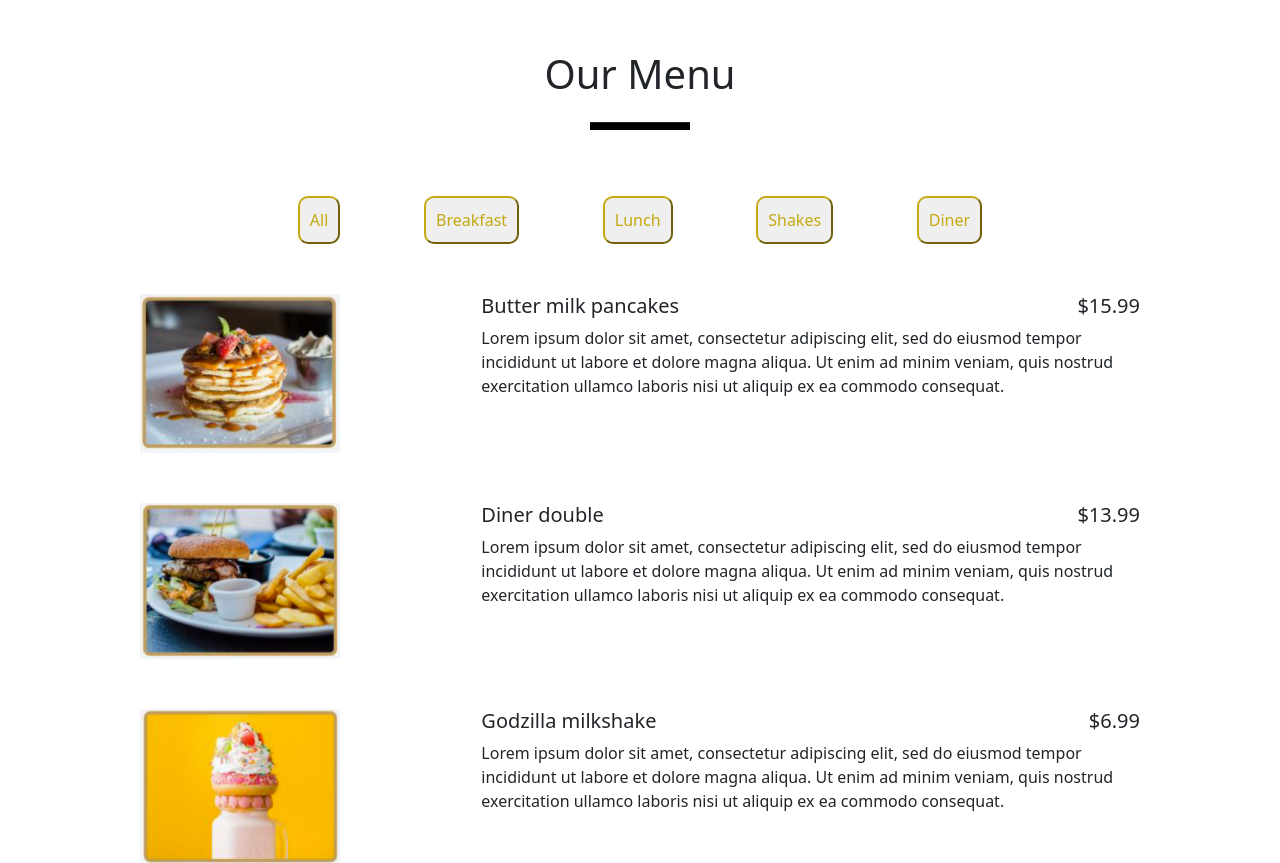
Repository: Sarah7223/internet-programming-tp
Page: TP4/TP04.2.html
These files come from the project's save history. The page is drawn as it stood at one moment and after the next save; the edit follows.
The browser window is 1280 px wide. The pictures show the whole page.

Above is the page before, as saved 2023-01-31 22:55:55.

### TP4/TP04.2.html
<!doctype html>
<html lang="en">
  <head>
    <meta charset="utf-8">
    <meta name="viewport" content="width=device-width, initial-scale=1">
    <title>Bootstrap demo</title>
    <link href="https://cdn.jsdelivr.net/npm/bootstrap@5.3.0-alpha1/dist/css/bootstrap.min.css" rel="stylesheet" integrity="sha384-GLhlTQ8iRABdZLl6O3oVMWSktQOp6b7In1Zl3/Jr59b6EGGoI1aFkw7cmDA6j6gD" crossorigin="anonymous">
    <style>
        .background{
            height:100%;
            width:100%;
            display: flex;
            flex-direction: column;
            align-items: center;
        }
        h1{
            margin-top:50px;

        }
        .buttons{
            margin-top:50px;
            display:flex;
            width:60%;
            justify-content: space-around;
        }
        img{
            width: 200px;
        }
        .title-price{
            display: flex;
            justify-content: space-between;
        }
        .row{
            margin-top:50px;
            width:80%;
        }
        h3{
            font-size: 20px;
        }
        button{
            color: rgb(196, 169, 16);
            border-color: rgb(196, 169, 16);
            border-radius: 10px;
            padding:10px;
            cursor: pointer;

        }
        hr{
            opacity:1;
            size:10px;
            background-color: black;
        }


    </style>
    </head>
  <body>
    <div class="background">
        <h1> Our Menu </h1>
        <hr align="center" width="100" size="10" background-color="rgb(196, 169, 16)">
        <div class="buttons">
            <button >All</button>
            <button>Breakfast</button>
            <button>Lunch</button>
            <button>Shakes</button>
            <button>Diner</button>
        </div>
        <div class="row">
            <div class="col-sm-4">
                <img src="./pancakes.png">
            </div>
            <div class="col-sm-8">
                <div class="title-price">
                    <h3>Butter milk pancakes</h3>
                    <h3>$15.99</h3>
                </div>
                <p>Lorem ipsum dolor sit amet, consectetur adipiscing elit, sed do eiusmod tempor incididunt ut labore et dolore magna aliqua. Ut enim ad minim veniam, quis nostrud exercitation ullamco laboris nisi ut aliquip ex ea commodo consequat. </p>

            </div>
        </div>
        <div class="row">
            <div class="col-sm-4">
                <img src="./diner.png">
            </div>
            <div class="col-sm-8">
                <div class="title-price">
                    <h3>Diner double</h3>
                    <h3>$13.99</h3>
                </div>
                <p>Lorem ipsum dolor sit amet, consectetur adipiscing elit, sed do eiusmod tempor incididunt ut labore et dolore magna aliqua. Ut enim ad minim veniam, quis nostrud exercitation ullamco laboris nisi ut aliquip ex ea commodo consequat. </p>

            </div>
        </div>
        <div class="row">
            <div class="col-sm-4">
                <img src="./milkshake.png">
            </div>
            <div class="col-sm-8">
                <div class="title-price">
                    <h3>Godzilla milkshake</h3>
                    <h3>$6.99</h3>
                </div>
                <p>Lorem ipsum dolor sit amet, consectetur adipiscing elit, sed do eiusmod tempor incididunt ut labore et dolore magna aliqua. Ut enim ad minim veniam, quis nostrud exercitation ullamco laboris nisi ut aliquip ex ea commodo consequat. </p>

            </div>
        </div>

    </div>
    <script src="https://cdn.jsdelivr.net/npm/bootstrap@5.3.0-alpha1/dist/js/bootstrap.bundle.min.js" integrity="sha384-w76AqPfDkMBDXo30jS1Sgez6pr3x5MlQ1ZAGC+nuZB+EYdgRZgiwxhTBTkF7CXvN" crossorigin="anonymous"></script>
  </body>
</html>

After the next save:
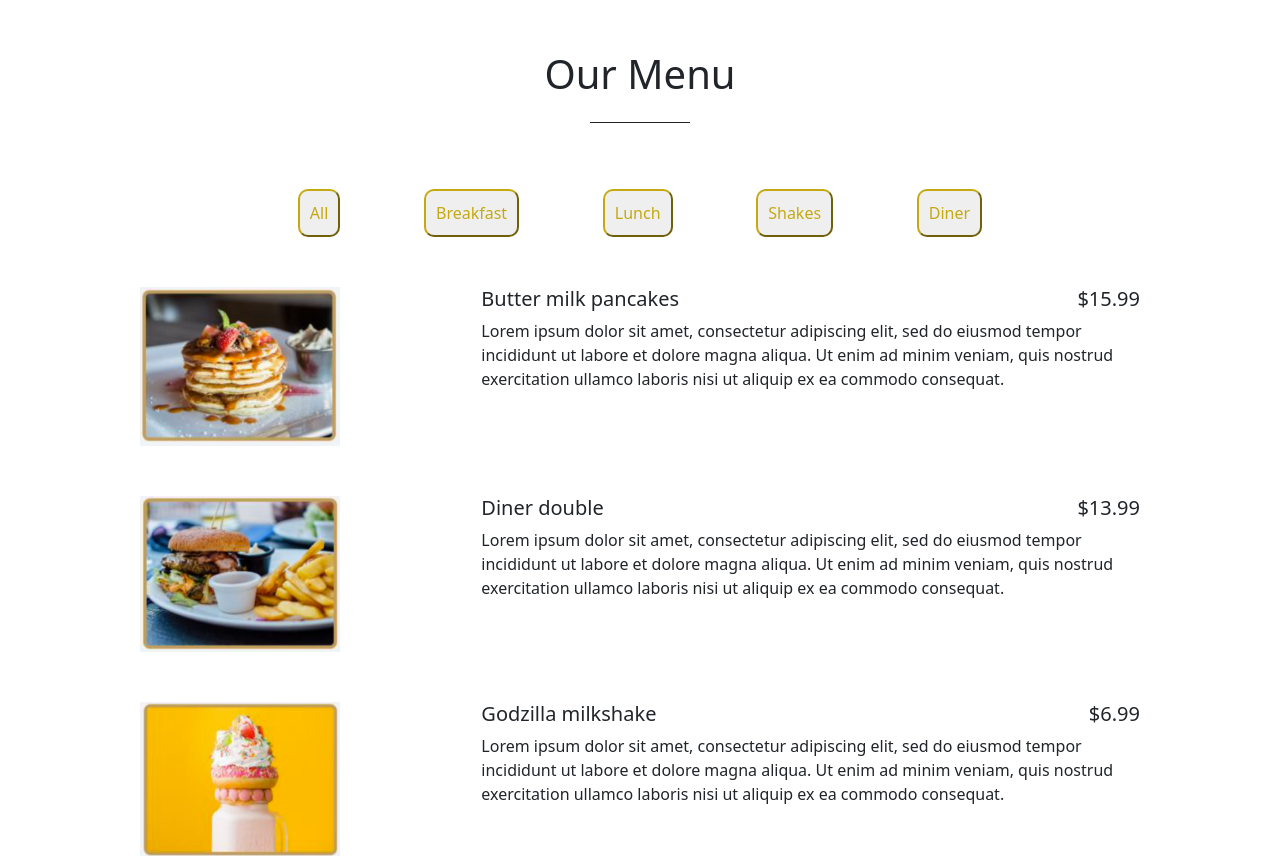
Saved 34 s later.
--- a/TP4/TP04.2.html
+++ b/TP4/TP04.2.html
@@ -48,7 +48,7 @@
         hr{
             opacity:1;
             size:10px;
-            background-color: black;
+            background-color: rgb(196, 169, 16);
         }
 
 
@@ -57,7 +57,7 @@
   <body>
     <div class="background">
         <h1> Our Menu </h1>
-        <hr align="center" width="100" size="10" background-color="rgb(196, 169, 16)">
+        <hr align="center" width="100">
         <div class="buttons">
             <button >All</button>
             <button>Breakfast</button>
